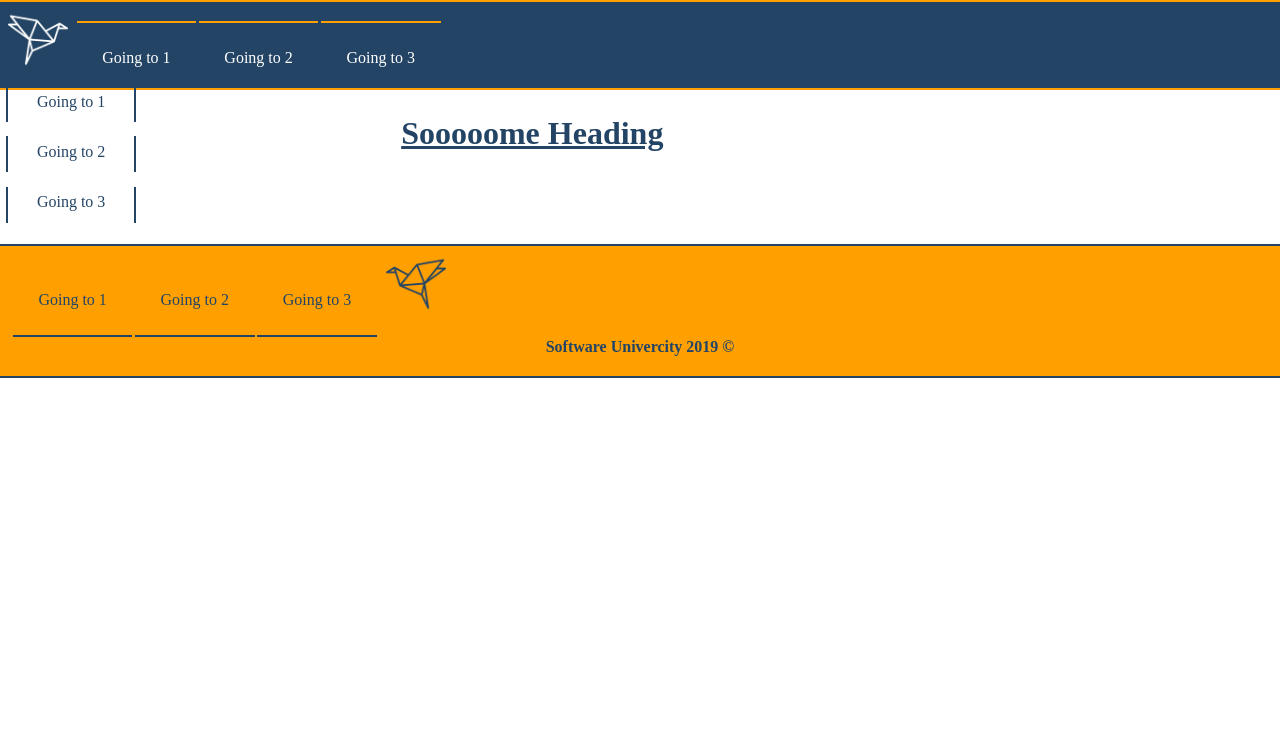
Repository: vsterev/origami
Page: /
These files come from the project's save history. The page is drawn as it stood at one moment and after the next save; the edit follows.
The browser window is 1280 px wide. The pictures show the whole page.
The project was rebuilt for these pictures with package versions that can differ from the ones it lists, and the page was loaded fresh each time.

Above is the page before, as saved 2020-07-12 15:42:06.

After the next save:
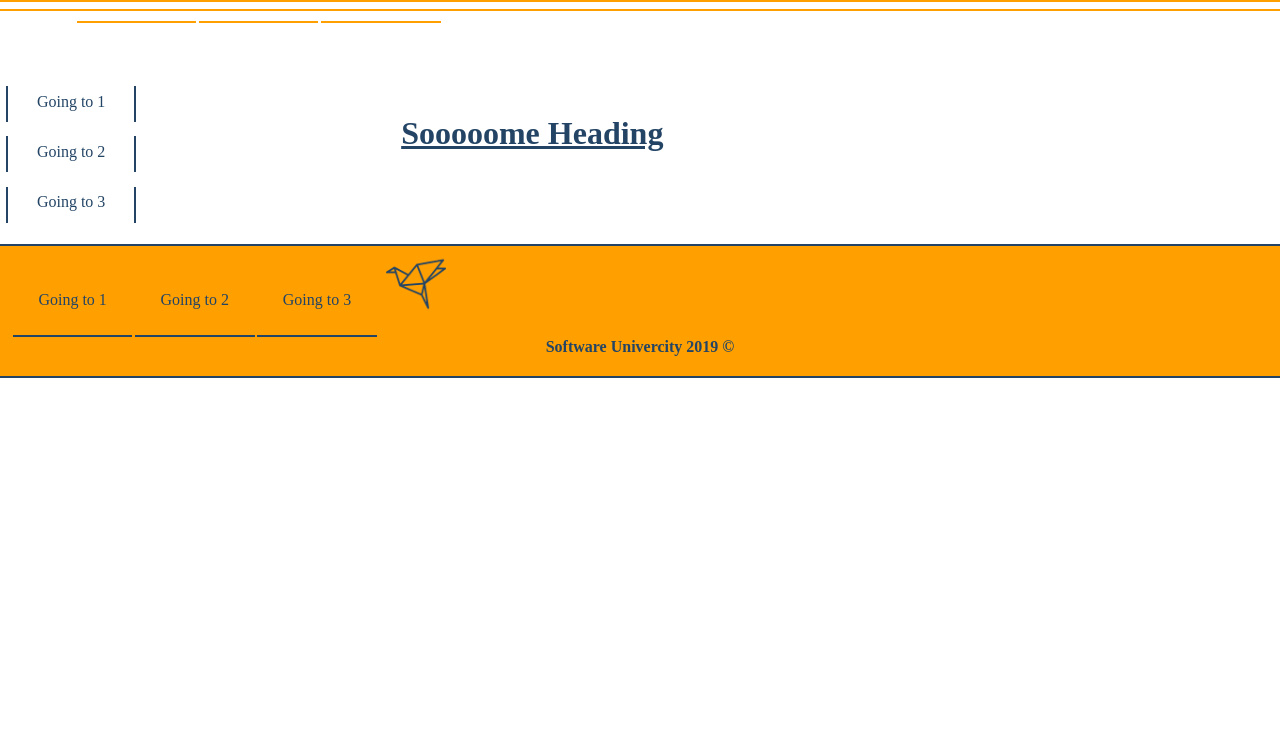
Saved 11 s later.
--- a/src/components/header/styles.css
+++ b/src/components/header/styles.css
@@ -1,6 +1,6 @@
 .Navigation {
     width: 100%;
-    height: 12vh;
+    height: 1vh;5
     background-color: #234465;
     color: white;
     position: fixed;
